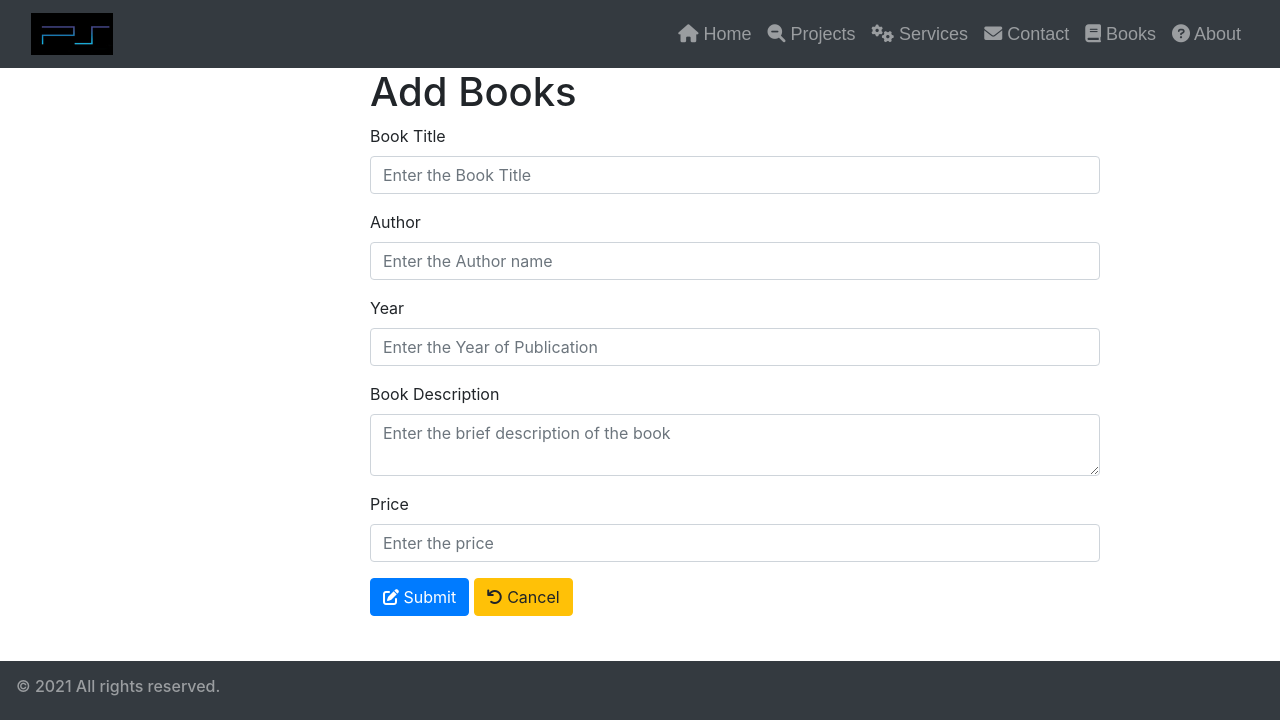
Repository: ParambirParambir/Assignment02
Page: http://localhost/book-list/add
These files come from the project's save history. The page is drawn as it stood at one moment and after a run of saves; the edit follows.
The browser window is 1280 px wide. The pictures show the whole page.
Some web libraries are served in a nearby version. The page is served by the project's Node server (server/config/app.js). Other server files are loaded and not shown.

Above is the page before, as saved 2021-10-21 19:48:07.

### server/views/book/add.ejs
<%- include ../partials/header.ejs %>

<%- include ../partials/main_nav.ejs %>

<!--Main content for Add page-->
<div class="container">
    <div class="row">
        <div class="offset-md-3 col-md-8">
        <h1><%= title %></h1>

            <form class="form" method="post">
                <div class="form-group">
                    <label for="nameTextField">Book Title</label>
                    <input type="text" class="form-control" id="nameTextField" placeholder="Enter the Book Title" name="name" required>
                </div>

                <div class="form-group">
                    <label for="authorTextField">Author</label>
                    <input type="text" class="form-control" id="authorTextField" placeholder="Enter the Author name" name="author" required>
                </div>

                <div class="form-group">
                    <label for="publishedTextField">Year</label>
                    <input type="text" class="form-control" id="publishedTextField" placeholder="Enter the Year of Publication " name="year" required>
                </div>

                <div class="form-group">
                    <label for="descriptionTextArea">Book Description</label>
                    <textarea type="text" class="form-control" id="descriptionTextArea" placeholder="Enter the brief description of the book" name="description" required></textarea>
                </div>

                <div class="form-group">
                    <label for="priceTextField">Price</label>
                    <input type="number" class="form-control" id="priceTextField" placeholder="Enter the price" name="price" required>
                </div>

                <button class="btn btn-primary " type="submit">
                    <i class="fas fa-edit"></i> Submit</button>

                    <a href="/book-list" class="btn btn-warning"><i class="fas fa-undo"></i> Cancel</a>
            </form>
        </div>

    </div>
</div>

<%- include ../partials/bottom_nav.ejs %>

<%- include ../partials/footer.ejs %>

### server/views/partials/header.ejs
<!DOCTYPE html>
<html lang="en">
<head>
  <meta charset="UTF-8">
  <meta http-equiv="X-UA-Compatible" content="IE=edge">
  <meta name="viewport" content="width=device-width, initial-scale=1.0">
  <title><%= title %> page</title>

  <!--css-->
  <link rel='stylesheet' href='/Content/app.css' />

<!--These stylesheets were saying 404 in console-->

  <!--<link rel="stylesheet" href="/bootstrap/dist/bootstrap.min.css">
  <link rel="stylesheet" href='/@fortawesome/fontawesome-free/css/all.min.css'-->

  <link rel="stylesheet" href="https://cdn.jsdelivr.net/npm/bootstrap@4.6.0/dist/css/bootstrap.min.css" integrity="sha384-B0vP5xmATw1+K9KRQjQERJvTumQW0nPEzvF6L/Z6nronJ3oUOFUFpCjEUQouq2+l" crossorigin="anonymous">
 <link rel="stylesheet" href="https://cdnjs.cloudflare.com/ajax/libs/font-awesome/6.0.0-beta2/css/all.min.css" integrity="sha512-YWzhKL2whUzgiheMoBFwW8CKV4qpHQAEuvilg9FAn5VJUDwKZZxkJNuGM4XkWuk94WCrrwslk8yWNGmY1EduTA==" crossorigin="anonymous" referrerpolicy="no-referrer" />

</head>
<body>

### server/views/partials/main_nav.ejs
 <!--main nav-->
  <nav class="navbar navbar-expand-lg navbar-dark bg-dark">
    <div class="container-fluid">
      <a class="navbar-brand" href="/home"><img src="/Assets/images/logo.jpg" class="logo"></a>
      <button class="navbar-toggler" type="button" data-bs-toggle="collapse" data-bs-target="#navbarSupportedContent" aria-controls="navbarSupportedContent" aria-expanded="false" aria-label="Toggle navigation">
        <span class="navbar-toggler-icon"></span>
      </button>

      <div class="collapse navbar-collapse" id="navbarSupportedContent">
        <ul class="navbar-nav ml-auto mb-2 mb-lg-0">

          <% if (title=="Home"){%>
          <li class="nav-item active"><%}
          else {%>
              <li class="nav-item"><% }%>

            <a class="nav-link" aria-current="page" href="/home"><i class="fas fa-home"></i> Home </a>
          </li>

          <% if (title=="Projects"){%>
          <li class="nav-item active"><%}
          else {%>
              <li class="nav-item"><% }%>
            <a class="nav-link" href="/projects"><i class="fas fa-search-minus"></i> Projects </a>
          </li>

          <% if (title=="Services"){%>
          <li class="nav-item active"><%}
          else {%>
              <li class="nav-item"><% }%>
            <a class="nav-link" href="/services"><i class="fas fa-cogs"></i> Services </a>
          </li>

          <% if (title=="Contact"){%>
          <li class="nav-item active"><%}
          else {%>
              <li class="nav-item"><% }%>
            <a class="nav-link" href="/contact"><i class="fas fa-envelope"></i> Contact </a>
          </li>

            <% if (title=="Books"){%>
          <li class="nav-item active"><%}
          else {%>
              <li class="nav-item"><% }%>
            <a class="nav-link" href="/book-list"><i class="fa-solid fa-book"></i> Books </a>
          </li>

          <% if (title=="About"){%>
          <li class="nav-item active"><%}
          else {%>
              <li class="nav-item"><% }%>
            <a class="nav-link" href="/about"><i class="fas fa-question-circle"></i> About </a>


        </ul>
      </div>
    </div>
  </nav>

### server/views/partials/bottom_nav.ejs
<!--bottom nav-->
<footer class="container">
    <nav class="navbar fixed-bottom navbar-dark bg-dark">
    <h6 class="navbar-text">&copy; 2021 All rights reserved.</h6>
    </nav>
</footer>

### server/views/partials/footer.ejs
  <!--scripts-->

  <script src="https://ajax.googleapis.com/ajax/libs/jquery/2.1.1/jquery.min.js"></script>
 <!-- <script src="/jquery/dist/jquery.min.js"></script>-->
  <script src="/Scripts/app.js"></script>
</body>
</html>

### server/config/app.js
let createError = require('http-errors');
let express = require('express');
let path = require('path');
let cookieParser = require('cookie-parser');
let logger = require('morgan');

//database setup
let mongoose=require('mongoose');
let DB=require('./db');

//connect mongoose to the DB URI
mongoose.connect(DB.URI, {useNewUrlParser: true}, {useUnifiedTopology:true} );

let mongoDB=mongoose.connection;
mongoDB.on('error', console.error.bind(console,'connection error: '));
mongoDB.once('open',()=>{
  console.log('Connected to MongoDB...');
});

let indexRouter = require('../routes/index');
let usersRouter = require('../routes/users');
let booksRouter = require('../routes/book');
const { Console } = require('console');

let app = express();

// view engine setup
app.set('views', path.join(__dirname, '../views'));
app.set('view engine', 'ejs');

app.use(logger('dev'));
app.use(express.json());
app.use(express.urlencoded({ extended: false }));
app.use(cookieParser());
app.use(express.static(path.join(__dirname, '../../public')));
app.use(express.static(path.join(__dirname, '../../node_modules')));

app.use('/', indexRouter);
app.use('/users', usersRouter);
app.use('/book-list', booksRouter);

// catch 404 and forward to error handler
app.use(function(req, res, next) {
  next(createError(404));
});

// error handler
app.use(function(err, req, res, next) {
  // set locals, only providing error in development
  res.locals.message = err.message;
  res.locals.error = req.app.get('env') === 'development' ? err : {};

  // render the error page
  res.status(err.status || 500);
  res.render('error', {title: 'Error'});
});

module.exports = app;

### server/routes/book.js
let express=require("express");
let router=express.Router();
let mongoose=require('mongoose');

//connect to our book model
let Book =require('../models/book');

/*Get Route for the Book list page- READ operation*/
router.get('/',(req,res,next)=>{
    Book.find((err,BookList)=>{
        if(err)
        {
            return console.error(err);
        }
        else
        {
           // console.log(BookList);

           res.render('book/list.ejs', {title:'Books', BookList:BookList})
        }
    });

});

/*Get Route for the Add page- CREATE operation*/
router.get('/add', (req, res, next)=>{
    res.render('book/add', {title: 'Add Books'})
});

/*Post Route for the Add page- CREATE operation*/
router.post('/add', (req, res, next)=>{
    let newBook=Book(
        {
            "name":req.body.name,
            "author":req.body.author,
            "published":req.body.published,
            "description": req.body.description,
            "price": req.body.price
        }
    );
    Book.create(newBook, (err, Book)=>{
        if(err)
        {
            console.log(err);
            res.end(err);
        }
        else
        {
            //refresh the book list
            res.redirect('/book-list');
        }
    })
});

/*Get Route for the Edit page- UPDATE operation*/
router.get('/edit/:id', (req, res, next)=>{
    let id=req.params.id;

    Book.findById(id, (err, bookToEdit)=>{
        if(err)
        {
            console.log(err);
            res.end(err);
        }
        else
        {
            //refresh the book list
            res.render('book/edit', {title:'Edit Book', book:bookToEdit})
        }
    });
});

/*Post Route for the Edit age- UPDATE operation*/
router.post('/edit/:id', (req, res, next)=>{
    let id=req.params.id

    let updateBook=Book
    (
        {
            "_id":id,
            "name":req.body.name,
            "author":req.body.author,
            "published":req.body.published,
            "description": req.body.description,
            "price": req.body.price
        }
    );
    Book.updateOne({_id:id},updateBook, (err)=>{
        if(err)
        {
            console.log(err);
            res.end(err);
        }
        else
        {
            //refresh the book list
            res.redirect('/book-list');
        }
    });
});

/*Get to perform Deletion- DELETE operation*/
router.get('/delete/:id', (req, res, next)=>{
    let id=req.params.id;

    Book.remove({_id:id}, (err)=>{
        if(err)
        {
            console.log(err);
            res.end(err);
        }
        else
        {
            //refresh the book list
            res.redirect('/book-list');
        }
        });
    });

module.exports=router;

### public/Content/app.css
/*-custom css--*/
p{
    font-family: sans-serif; font-size: larger; font-weight: 700;
}
ul{
    font-family: sans-serif; font-size: large; color: rgb(11, 11, 66);
}

/*designing of email and calling sysmbols*/
.contactUsEmail{
    width: 7%; height: 7%; float: right; padding-right: 3%; padding-top: 2%;
}
.contactUsPhone{
    width: 4.2%; height: 4.2%; float: right; margin-right: 7%;  padding-top: 2%;
}
.descriptionOfProjects{
    font-family: Cambria, Cochin, Georgia, Times, 'Times New Roman', serif; font-size: medium; color: rgb(34, 34, 34);
}
h2, h4{
    color:rgb(238, 46, 46);
}
.logo{
    width: 50%;
}

### public/Scripts/app.js
/*IIFE*/

(function()
{
    function Start()
    {
        console.log("App started...");
    }
    window.addEventListener("load", Start);
})();

After the next 2 saves:
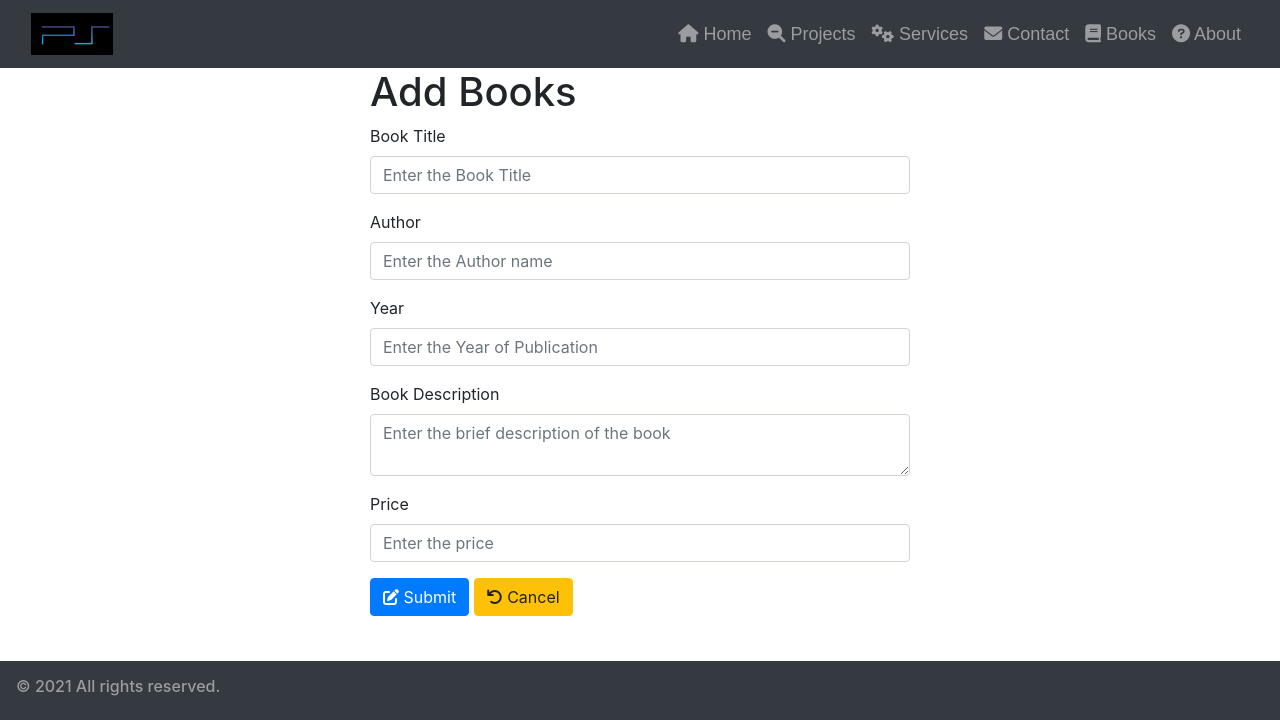
The 2 saves are shown as one change because they came seconds apart.
The last was saved 43 s later.
--- a/server/views/book/add.ejs
+++ b/server/views/book/add.ejs
@@ -5,7 +5,7 @@
 <!--Main content for Add page-->
 <div class="container">
     <div class="row">
-        <div class="offset-md-3 col-md-8">
+        <div class="offset-md-3 col-md-6">
         <h1><%= title %></h1>
 
             <form class="form" method="post">
